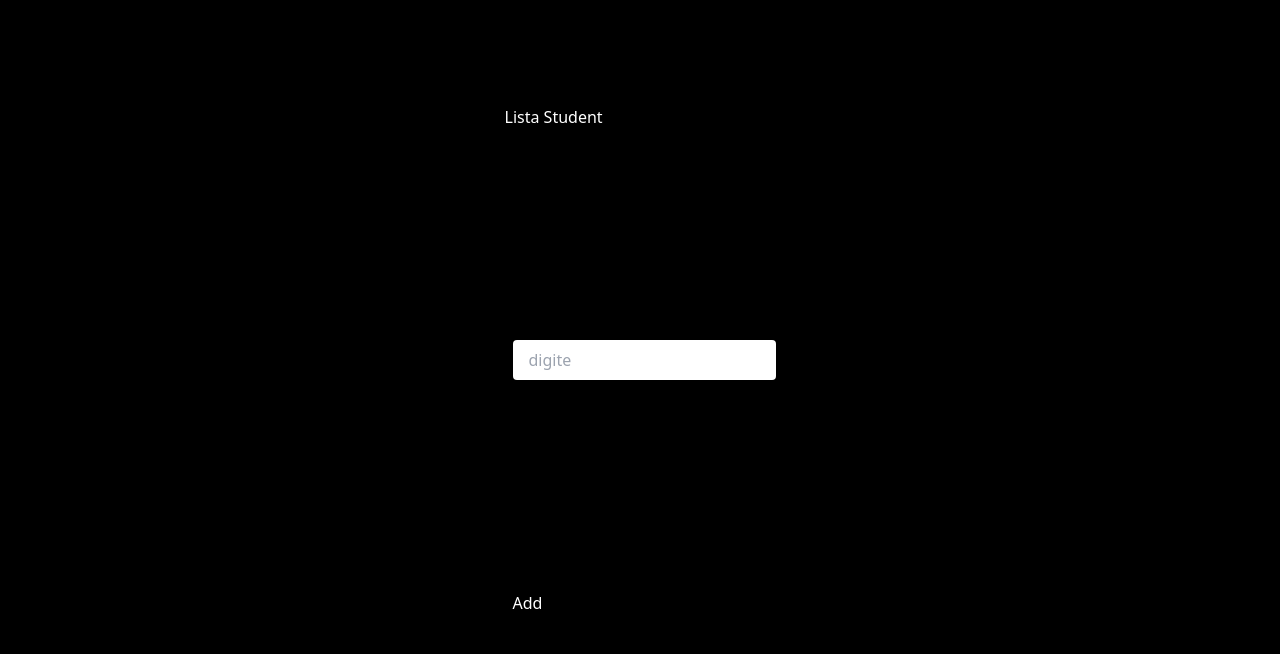
Repository: LuisSempre/FundamentosReact
Page: /
The author's editor kept a copy of each file at every save. The page is drawn from the files as they stood at one save, then again after the next save.
The browser window is 1280 px wide. The pictures show the whole page.
The project was rebuilt for these pictures with package versions that can differ from the ones it lists, and the page was loaded fresh each time. Also part of the build but not shown: vite.config.js, src/components/Card.jsx.

Above is the page before, as saved 2022-06-28 18:18:04.

After the next save:
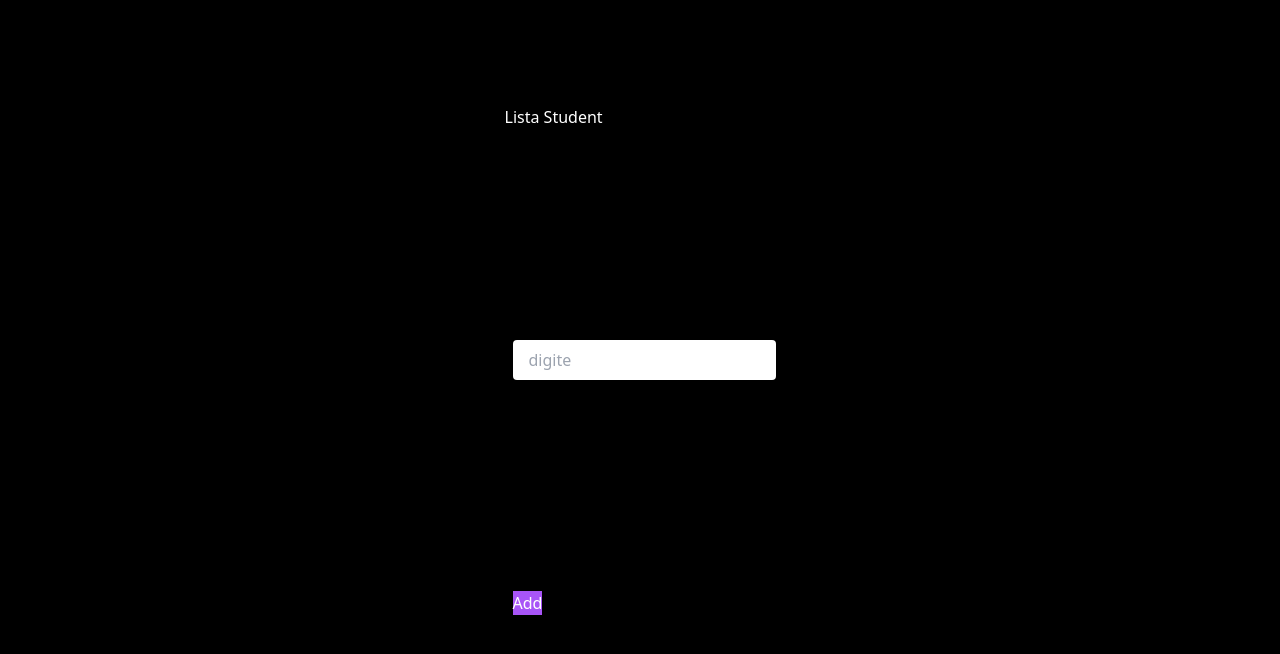
Saved 20 s later.
--- a/src/pages/Home.jsx
+++ b/src/pages/Home.jsx
@@ -30,7 +30,9 @@ export function Home() {
         />
       </div>
       <div>
-        <button onClick={studentAdd}>Add</button>
+        <button
+        className="bg-purple-500"
+        onClick={studentAdd}>Add</button>
         {students.map((student) => (
           <Card name={student.name} time={student.time} />
         ))}
